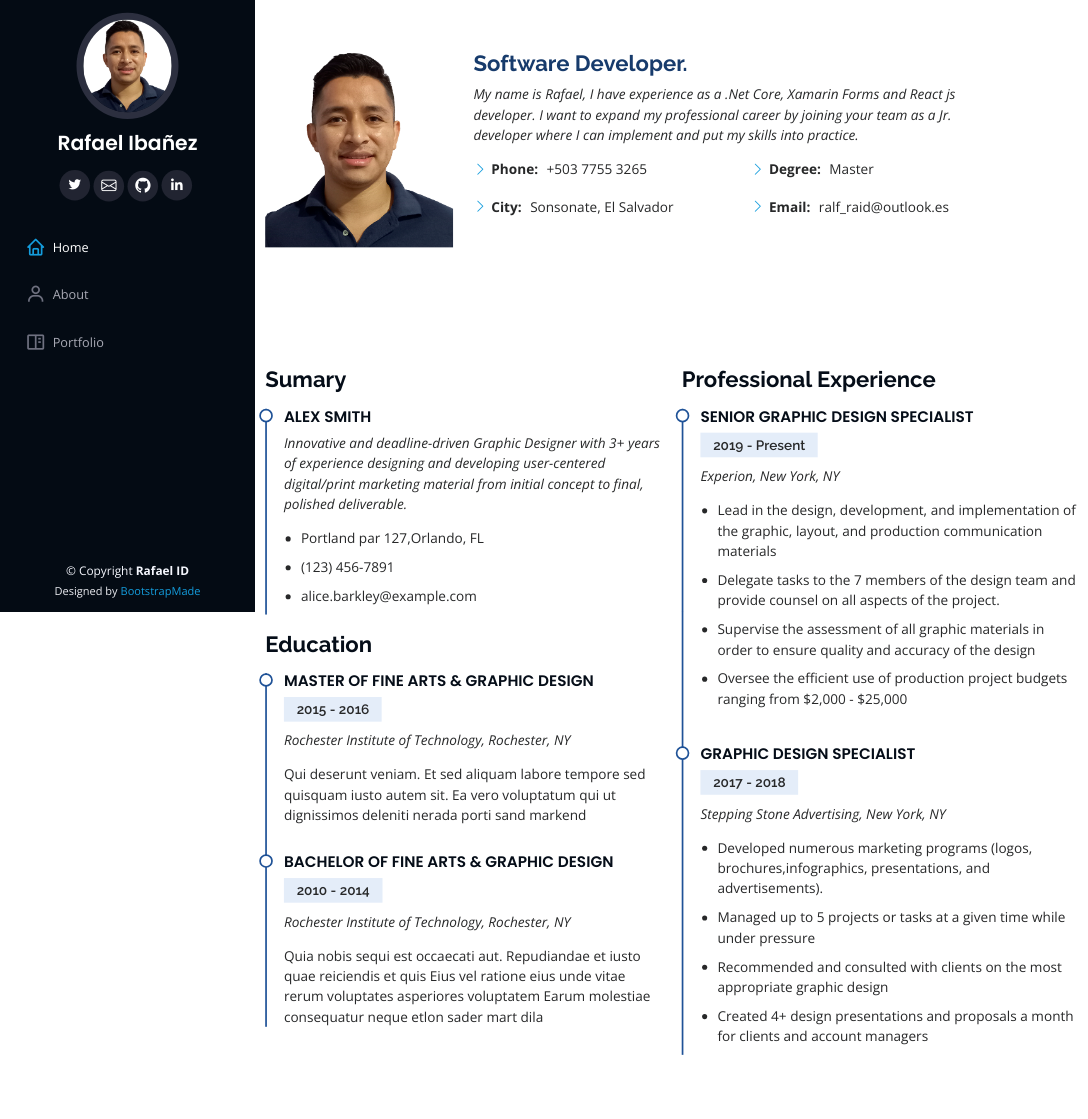
Repository: ralfId/myportfolio
Page: /about
An editor plug-in stored every save of this project. The page is shown before and after the next save, followed by the edit.
The browser window is 1280 px wide. The pictures show the whole page, at 85% of full size.
The project was rebuilt for these pictures with package versions that can differ from the ones it lists, and the page was loaded fresh each time. Also part of the build but not shown: src/components/Home.js, src/data/projects.js, src/components/Projects/ProjectItem.js, src/components/Projects/ProjectIndex.js, src/helpers/ProjectById.js, src/components/Projects/ProjectDetail.js.

Above is the page before, as saved 2021-09-20 19:08:51.

### public/index.html
<!DOCTYPE html>
<html lang="en">

<head>
  <meta charset="utf-8" />
  <link rel="icon" href="%PUBLIC_URL%/favicon.ico" />
  <meta name="viewport" content="width=device-width, initial-scale=1" />
  <meta name="theme-color" content="#000000" />
  <meta name="description" content="Web site created using create-react-app" />
  <link rel="apple-touch-icon" href="%PUBLIC_URL%/logo192.png" />
  <link rel="manifest" href="%PUBLIC_URL%/manifest.json" />

  <!-- Google Fonts -->
  <link
    href="https://fonts.googleapis.com/css?family=Open+Sans:300,300i,400,400i,600,600i,700,700i|Raleway:300,300i,400,400i,500,500i,600,600i,700,700i|Poppins:300,300i,400,400i,500,500i,600,600i,700,700i"
    rel="stylesheet">

  <!-- Vendor CSS Files -->
  <link href="vendor/aos/aos.css" rel="stylesheet">
  <link href="vendor/bootstrap/css/bootstrap.min.css" rel="stylesheet">
  <link href="vendor/bootstrap-icons/bootstrap-icons.css" rel="stylesheet">
  <link href="vendor/boxicons/css/boxicons.min.css" rel="stylesheet">
  <link href="vendor/glightbox/css/glightbox.min.css" rel="stylesheet">
  <link href="vendor/swiper/swiper-bundle.min.css" rel="stylesheet">

  <!-- Template Main CSS File -->
  <link href="css/style.css" rel="stylesheet">
  <title>React App</title>

  <!-- =======================================================
  * Template Name: iPortfolio - v3.3.0
  * Template URL: https://bootstrapmade.com/iportfolio-bootstrap-portfolio-websites-template/
  * Author: BootstrapMade.com
  * License: https://bootstrapmade.com/license/
  ======================================================== -->
</head>

<body>
  <noscript>You need to enable JavaScript to run this app.</noscript>
  <div id="root"></div>
  <!--
      This HTML file is a template.
      If you open it directly in the browser, you will see an empty page.

      You can add webfonts, meta tags, or analytics to this file.
      The build step will place the bundled scripts into the <body> tag.

      To begin the development, run `npm start` or `yarn start`.
      To create a production bundle, use `npm run build` or `yarn build`.
    -->
 <!-- Vendor JS Files -->
 <script src="vendor/aos/aos.js" type="text/javascript"></script>
 <script src="vendor/bootstrap/js/bootstrap.bundle.min.js" type="text/javascript"></script>
 <script src="vendor/glightbox/js/glightbox.min.js" type="text/javascript"></script>
 <script src="vendor/isotope-layout/isotope.pkgd.min.js" type="text/javascript"></script>
 <script src="vendor/php-email-form/validate.js" type="text/javascript"></script>
 <script src="vendor/purecounter/purecounter.js" type="text/javascript"></script>
 <script src="vendor/swiper/swiper-bundle.min.js" type="text/javascript"></script>
 <script src="vendor/typed.js/typed.min.js" type="text/javascript"></script>
 <script src="vendor/waypoints/noframework.waypoints.js" type="text/javascript"></script>

 <!-- Template Main JS File -->
 <script src="js/main.js" type="text/javascript"></script>

</body>

</html>

### src/components/Resume.js
import React from "react";

export const Resume = ()=>{
    return(
        <>
        <section id="resume" class="resume">
      <div class="container">

        <div class="row">
          <div class="col-lg-6" data-aos="fade-up">
            <h3 class="resume-title">Sumary</h3>
            <div class="resume-item pb-0">
              <h4>Alex Smith</h4>
              <p><em>Innovative and deadline-driven Graphic Designer with 3+ years of experience designing and developing user-centered digital/print marketing material from initial concept to final, polished deliverable.</em></p>
              <ul>
                <li>Portland par 127,Orlando, FL</li>
                <li>(123) 456-7891</li>
                <li>alice.barkley@example.com</li>
              </ul>
            </div>

            <h3 class="resume-title">Education</h3>
            <div class="resume-item">
              <h4>Master of Fine Arts &amp; Graphic Design</h4>
              <h5>2015 - 2016</h5>
              <p><em>Rochester Institute of Technology, Rochester, NY</em></p>
              <p>Qui deserunt veniam. Et sed aliquam labore tempore sed quisquam iusto autem sit. Ea vero voluptatum qui ut dignissimos deleniti nerada porti sand markend</p>
            </div>
            <div class="resume-item">
              <h4>Bachelor of Fine Arts &amp; Graphic Design</h4>
              <h5>2010 - 2014</h5>
              <p><em>Rochester Institute of Technology, Rochester, NY</em></p>
              <p>Quia nobis sequi est occaecati aut. Repudiandae et iusto quae reiciendis et quis Eius vel ratione eius unde vitae rerum voluptates asperiores voluptatem Earum molestiae consequatur neque etlon sader mart dila</p>
            </div>
          </div>
          <div class="col-lg-6" data-aos="fade-up" data-aos-delay="100">
            <h3 class="resume-title">Professional Experience</h3>
            <div class="resume-item">
              <h4>Senior graphic design specialist</h4>
              <h5>2019 - Present</h5>
              <p><em>Experion, New York, NY </em></p>
              <ul>
                <li>Lead in the design, development, and implementation of the graphic, layout, and production communication materials</li>
                <li>Delegate tasks to the 7 members of the design team and provide counsel on all aspects of the project. </li>
                <li>Supervise the assessment of all graphic materials in order to ensure quality and accuracy of the design</li>
                <li>Oversee the efficient use of production project budgets ranging from $2,000 - $25,000</li>
              </ul>
            </div>
            <div class="resume-item">
              <h4>Graphic design specialist</h4>
              <h5>2017 - 2018</h5>
              <p><em>Stepping Stone Advertising, New York, NY</em></p>
              <ul>
                <li>Developed numerous marketing programs (logos, brochures,infographics, presentations, and advertisements).</li>
                <li>Managed up to 5 projects or tasks at a given time while under pressure</li>
                <li>Recommended and consulted with clients on the most appropriate graphic design</li>
                <li>Created 4+ design presentations and proposals a month for clients and account managers</li>
              </ul>
            </div>
          </div>
        </div>

      </div>
    </section>
        </>
    )
}

Loaded but not shown: src/index.js (common file); public/vendor/aos/aos.css (library); public/vendor/bootstrap/css/bootstrap.min.css (library); public/vendor/bootstrap-icons/bootstrap-icons.css (library); public/vendor/boxicons/css/boxicons.min.css (library); public/vendor/glightbox/css/glightbox.min.css (library); public/vendor/swiper/swiper-bundle.min.css (library); public/vendor/aos/aos.js (library); public/vendor/bootstrap/js/bootstrap.bundle.min.js (library); public/vendor/glightbox/js/glightbox.min.js (library); public/vendor/isotope-layout/isotope.pkgd.min.js (library); public/vendor/php-email-form/validate.js (common file); public/vendor/purecounter/purecounter.js (library); public/vendor/swiper/swiper-bundle.min.js (library); public/vendor/typed.js/typed.min.js (library); public/vendor/waypoints/noframework.waypoints.js (library); public/js/main.js (267 lines, source omitted); src/components/About.js (43 lines, source omitted); src/components/Nav.js (48 lines, source omitted); src/routers/AppRouter.js (33 lines, source omitted); src/components/Footer.js (16 lines, source omitted); src/Portfolio.js (10 lines, source omitted); public/css/style.css (1154 lines, source omitted)

After the next save:
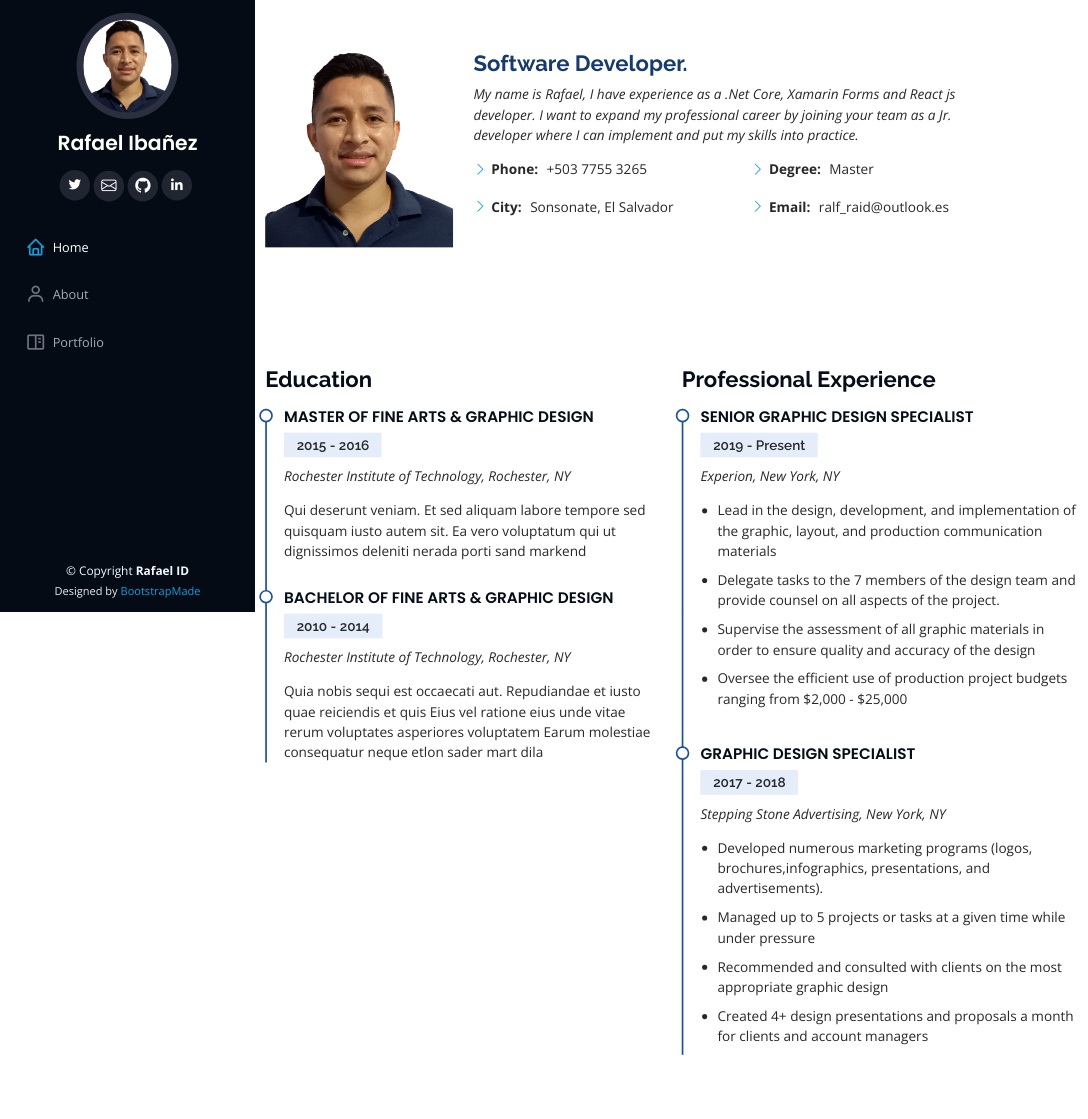
Saved 53 s later.
--- a/src/components/Resume.js
+++ b/src/components/Resume.js
@@ -8,17 +8,6 @@ export const Resume = ()=>{
 
         <div class="row">
           <div class="col-lg-6" data-aos="fade-up">
-            <h3 class="resume-title">Sumary</h3>
-            <div class="resume-item pb-0">
-              <h4>Alex Smith</h4>
-              <p><em>Innovative and deadline-driven Graphic Designer with 3+ years of experience designing and developing user-centered digital/print marketing material from initial concept to final, polished deliverable.</em></p>
-              <ul>
-                <li>Portland par 127,Orlando, FL</li>
-                <li>(123) 456-7891</li>
-                <li>alice.barkley@example.com</li>
-              </ul>
-            </div>
-
             <h3 class="resume-title">Education</h3>
             <div class="resume-item">
               <h4>Master of Fine Arts &amp; Graphic Design</h4>
@@ -33,6 +22,7 @@ export const Resume = ()=>{
               <p>Quia nobis sequi est occaecati aut. Repudiandae et iusto quae reiciendis et quis Eius vel ratione eius unde vitae rerum voluptates asperiores voluptatem Earum molestiae consequatur neque etlon sader mart dila</p>
             </div>
           </div>
+
           <div class="col-lg-6" data-aos="fade-up" data-aos-delay="100">
             <h3 class="resume-title">Professional Experience</h3>
             <div class="resume-item">
